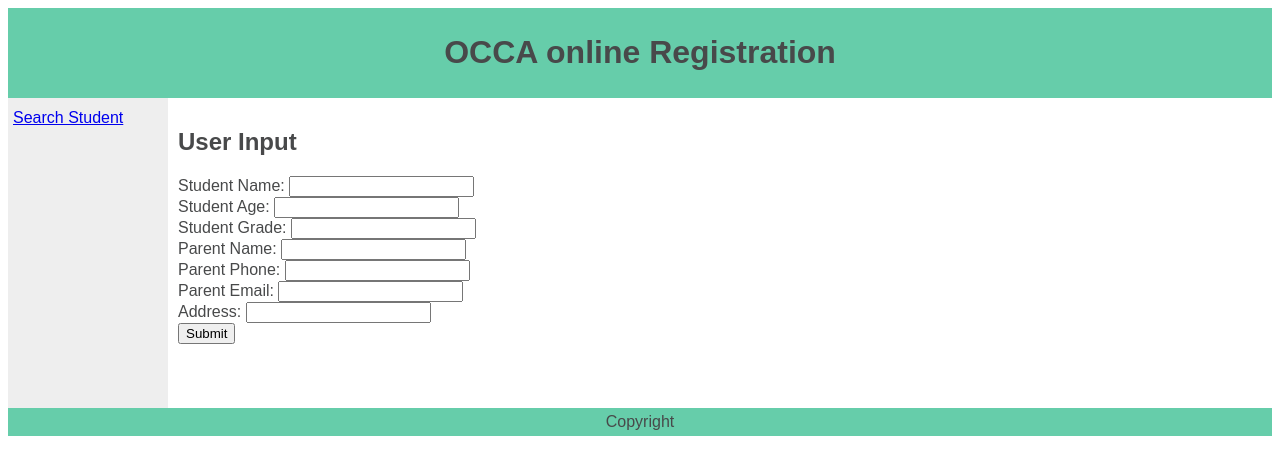
Repository: dreamxia329/TechExercise4830
Page: T3-0325-xia/T3-webProject-Xia/WebContent/addStudent.html
These files come from the project's save history. The page is drawn as it stood at one moment and after the next save; the edit follows.
The browser window is 1280 px wide. The pictures show the whole page.

Above is the page before, as saved 2022-03-31 17:38:28.

### T3-0325-xia/T3-webProject-Xia/WebContent/addStudent.html
<html>
<head>
<style>

body {
	font-family: 'Poppins', sans-serif;
	color: #48494a;
}

header {
    background-color:#66CDAA;
    color:#48494a;
    text-align:center;
    padding:5px;
}
nav {
    line-height:30px;
    background-color:#eeeeee;
    height:300px;
    width:150px;
    float:left;
    padding:5px;
}
section {
    width:350px;
    float:left;
    padding:10px;
}
footer {
    background-color:#66CDAA;
    color:#48494a;
    clear:both;
    text-align:center;
    padding:5px;
}
</style>
</head>

<body>
<header>
<h1> OCCA online Registration </h1>
</header>

<nav>
<a href="/T3-webProject-Xia/search.html">Search Student</a> <br>
</nav>

<section>
	<h1>User Input</h1>

	<form action="AddStudentServlet" method="POST">

		Student Name: <input type="text" name="studentName"> <br />
		Student Age: <input type="text" name="studentAge"> <br />
		Student Grade: <input type="text" name="studentGrade"> <br />
		Parent Name:  <input type="text" name="parentName"> <br />
		Parent Phone: <input type="text" name="parentPhone"> <br />
		Parent Email: <input type="text" name="parentEmail"> <br />
		Address: <input type="text" name="address"> <br />


		<input type="submit" value="Submit" />
	</form>

</section>

<footer>
Copyright
</footer>
</body>
</html>

After the next save:
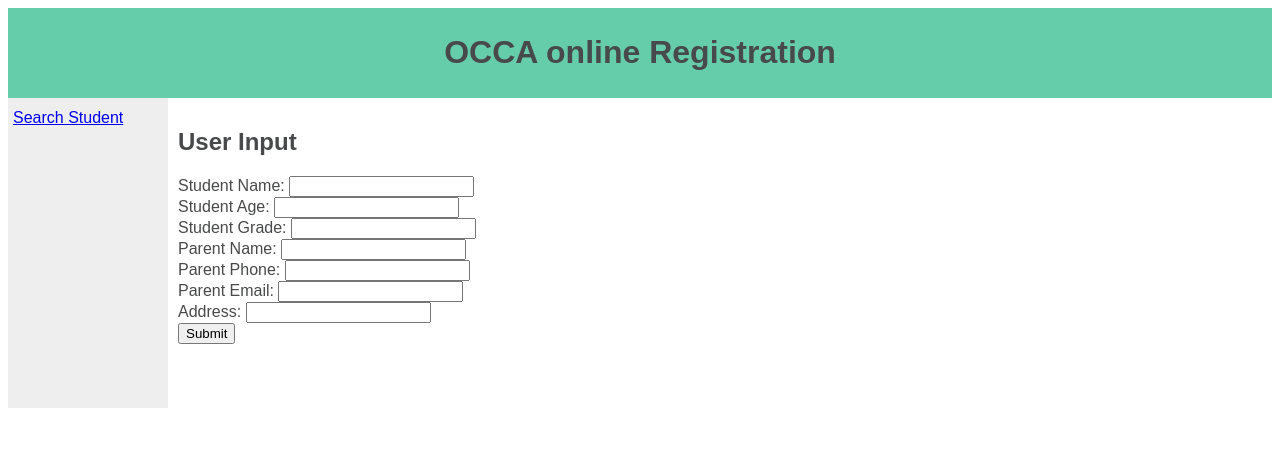
Saved 45 s later.
--- a/T3-0325-xia/T3-webProject-Xia/WebContent/addStudent.html
+++ b/T3-0325-xia/T3-webProject-Xia/WebContent/addStudent.html
@@ -64,8 +64,5 @@ footer {
 
 </section>
 
-<footer>
-Copyright
-</footer>
 </body>
 </html>
